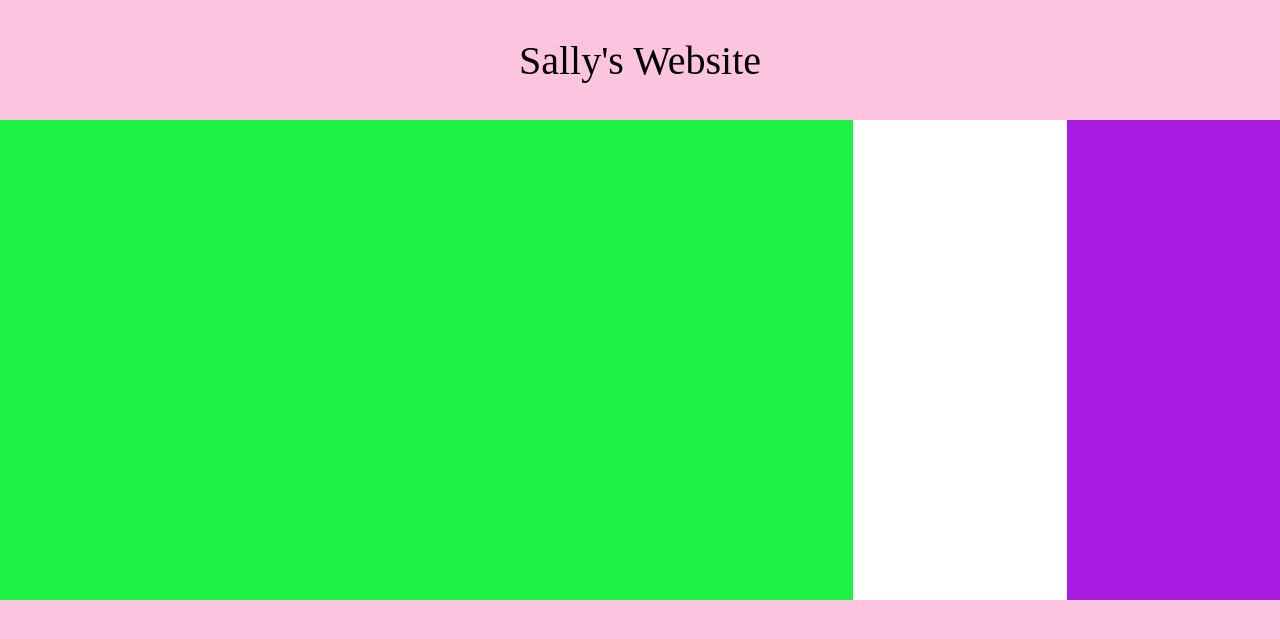
Repository: tianjiewang2022/tianjiewang2022.github.io
Page: index.html
An editor plug-in stored every save of this project. The page is shown before and after the next save, followed by the edit.
The browser window is 1280 px wide. The pictures show the whole page.

Above is the page before, as saved 2023-10-02 23:04:28.

After the next save:
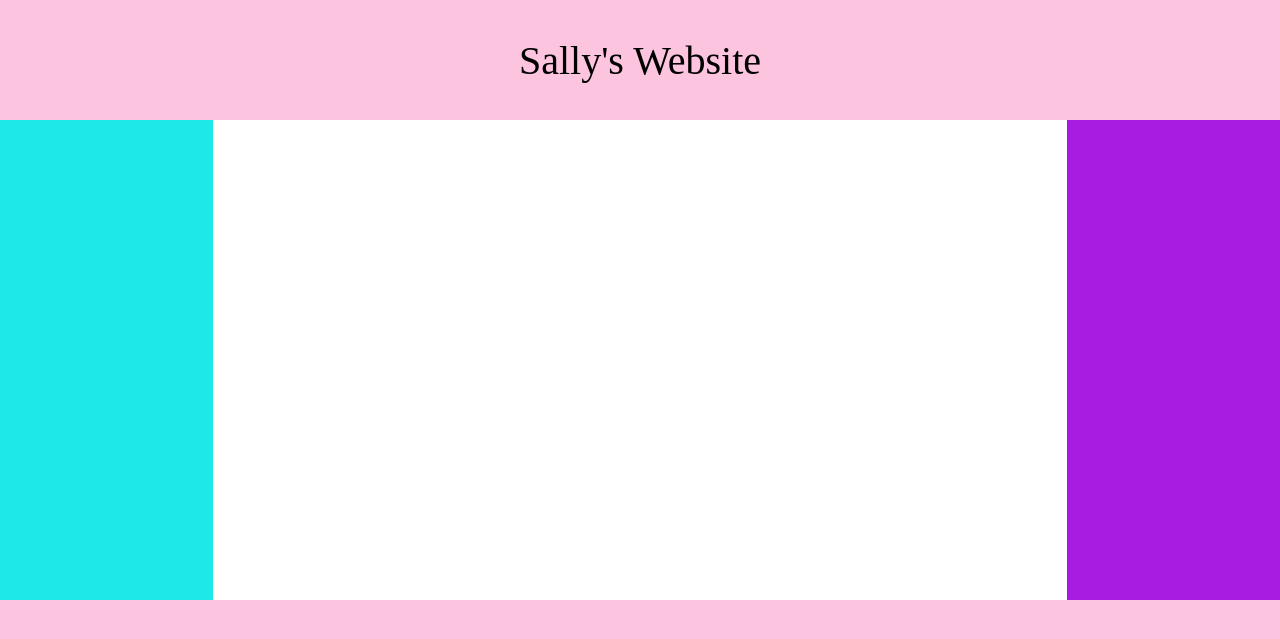
Saved 2 min 6 s later.
--- a/index.html
+++ b/index.html
@@ -42,7 +42,7 @@
                 /* Position the left bar at the left side */
             }
 
-            .main_area {
+            /* .main_area {
                 background-color: rgb(30, 240, 72);
                 grid-row: 2 / span 4;
                 grid-column: 2 / span 4;
@@ -54,7 +54,7 @@
                 height: calc(4 * (100vh / 6));
                 width: calc(4 * (100vw / 6));
                 align-items: center;
-            }
+            } */
 
             .right_bar {
                 background-color: rgb(168, 27, 224);
@@ -92,7 +92,7 @@
             <!-- Your content goes here -->
             <span class="left_bar"></span>
             <span class="right_bar"></span>
-            <span class="main_area"></span>
+            <!-- <span class="main_area"></span> -->
 
         </div>
         <footer></footer>
